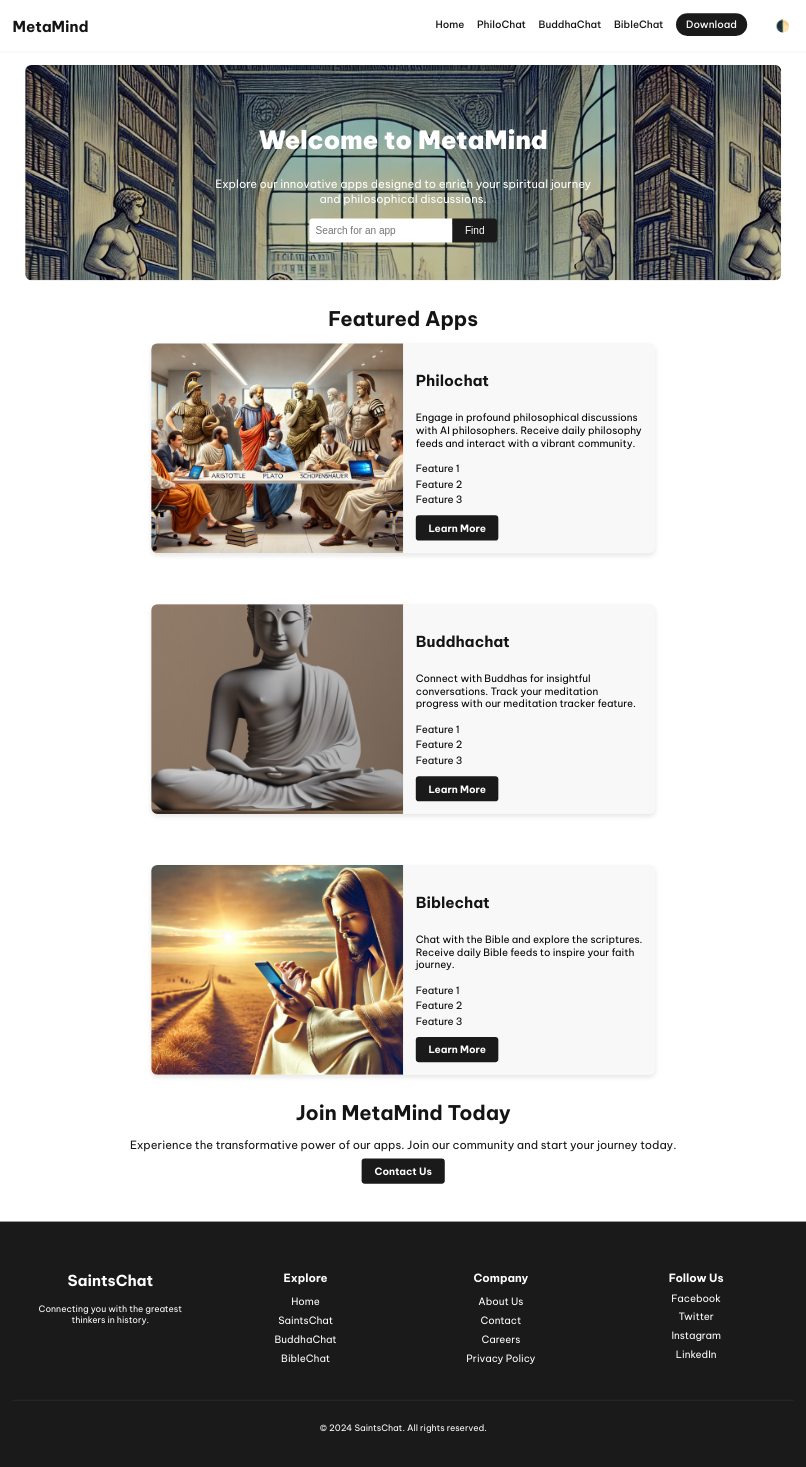
Repository: HSfac/EthosMindWeb
Page: /
The author's editor kept a copy of each file at every save. The page is drawn from the files as they stood at one save, then again after the next save.
The browser window is 1280 px wide. The pictures show the whole page, at 63% of full size.
The project was rebuilt for these pictures with package versions that can differ from the ones it lists, and the page was loaded fresh each time. Also part of the build but not shown: src/pages/SaintsChat.css, src/pages/SaintsChat.jsx, src/pages/BuddhaChat.css, src/pages/BuddhaChat.jsx, src/pages/BibleChat.css, src/pages/BibleChat.jsx, src/pages/Download.css, src/pages/Download.jsx.

Above is the page before, as saved 2024-07-21 20:20:23.

### src/index.css
@import url('https://fonts.googleapis.com/css2?display=swap&family=Be+Vietnam+Pro:wght@400;500;700;900&family=Noto+Sans:wght@400;500;700;900');

body {
  font-family: "Be Vietnam Pro", "Noto Sans", sans-serif;
  margin: 0;
  padding: 0;
  box-sizing: border-box;
}

### src/App.jsx
import React from 'react';
import { BrowserRouter as Router, Route, Routes } from 'react-router-dom';
import Home from './pages/Home.jsx';
import SaintsChat from './pages/SaintsChat.jsx';
import BuddhaChat from './pages/BuddhaChat.jsx';
import BibleChat from './pages/BibleChat.jsx';
import Download from './pages/Download.jsx'; // Download 페이지를 추가합니다.
import Header from './components/Header.jsx';
import Footer from './components/Footer.jsx';

function App() {
  return (
    <Router>
      <Header />
      <Routes>
        <Route path="/" element={<Home />} />
        <Route path="/saintschat" element={<SaintsChat />} />
        <Route path="/buddhachats" element={<BuddhaChat />} />
        <Route path="/biblechats" element={<BibleChat />} />
        <Route path="/download" element={<Download />} /> {/* Download 페이지를 추가합니다. */}
      </Routes>
      <Footer />
    </Router>
  );
}

export default App;

### src/pages/Home.jsx
import React from 'react';
import './Home.css';
import { Link } from 'react-router-dom';
import heroImage from '../assets/images/hero-image.png';
import philochatScreenshot from '../assets/images/ph-image-dl.png';
import buddhachatScreenshot from '../assets/images/buddha-hero-image.png';
import biblechatScreenshot from '../assets/images/jesus-image-dl.png';

function Home() {
  return (
    <main className="home-main">
      {/* Hero Section */}
      <section className="home-hero" style={{ backgroundImage: `url(${heroImage})` }}>
        <div className="home-hero-content">
          <h1 className="home-hero-title">Welcome to MetaMind</h1>
          <p className="home-hero-description">Explore our innovative apps designed to enrich your spiritual journey and philosophical discussions.</p>
          <div className="home-hero-search">
            <input type="text" placeholder="Search for an app" />
            <button>Find</button>
          </div>
        </div>
      </section>

      {/* App Introduction Section */}
      <section id="home-app-introduction" className="home-app-introduction">
        <h2 className="home-section-title">Featured Apps</h2>
        <div className="home-app-cards">
          <div className="home-app-card">
            <div className="home-app-image-container">
              <img src={philochatScreenshot} alt="Philochat App Screenshot" className="home-app-image" />
            </div>
            <div className="home-app-info">
              <h3 className="home-app-title">Philochat</h3>
              <p className="home-app-description">Engage in profound philosophical discussions with AI philosophers. Receive daily philosophy feeds and interact with a vibrant community.</p>
              <ul className="home-app-features">
                <li>Feature 1</li>
                <li>Feature 2</li>
                <li>Feature 3</li>
              </ul>
              <Link to="/saintschat" className="home-learn-more-button" onClick={() => window.scrollTo(0, 0)}>Learn More</Link>
            </div>
          </div>
          <hr className="home-divider" />

          <div className="home-app-card">
            <div className="home-app-image-container">
              <img src={buddhachatScreenshot} alt="Buddhachat App Screenshot" className="home-app-image" />
            </div>
            <div className="home-app-info">
              <h3 className="home-app-title">Buddhachat</h3>
              <p className="home-app-description">Connect with Buddhas for insightful conversations. Track your meditation progress with our meditation tracker feature.</p>
              <ul className="home-app-features">
                <li>Feature 1</li>
                <li>Feature 2</li>
                <li>Feature 3</li>
              </ul>
              <Link to="/buddhachats" className="home-learn-more-button" onClick={() => window.scrollTo(0, 0)}>Learn More</Link>
            </div>
          </div>
          <hr className="home-divider" />

          <div className="home-app-card">
            <div className="home-app-image-container">
              <img src={biblechatScreenshot} alt="Biblechat App Screenshot" className="home-app-image" />
            </div>
            <div className="home-app-info">
              <h3 className="home-app-title">Biblechat</h3>
              <p className="home-app-description">Chat with the Bible and explore the scriptures. Receive daily Bible feeds to inspire your faith journey.</p>
              <ul className="home-app-features">
                <li>Feature 1</li>
                <li>Feature 2</li>
                <li>Feature 3</li>
              </ul>
              <Link to="/biblechats" className="home-learn-more-button" onClick={() => window.scrollTo(0, 0)}>Learn More</Link>
            </div>
          </div>
        </div>
      </section>

      {/* Call to Action Section */}
      <section className="home-cta-section">
        <h2 className="home-cta-title">Join MetaMind Today</h2>
        <p className="home-cta-description">Experience the transformative power of our apps. Join our community and start your journey today.</p>
        <div className="home-cta-buttons">
          <Link to="/contact" className="home-cta-button">Contact Us</Link>
        </div>
      </section>
    </main>
  );
}

export default Home;

### src/components/Header.jsx
import React from 'react';
import { Link } from 'react-router-dom';
import './Header.css';

function Header() {
  return (
    <header className="header">
      <h1 className="header-title">MetaMind</h1>
      <nav className="nav">
        <ul className="nav-list">
          <li className="nav-item"><Link to="/">Home</Link></li>
          <li className="nav-item"><Link to="/saintschat">PhiloChat</Link></li>
          <li className="nav-item"><Link to="/buddhachats">BuddhaChat</Link></li>
          <li className="nav-item"><Link to="/biblechats">BibleChat</Link></li>
          <li className="nav-item header-download-button"><Link to="/download">Download</Link></li>
          <li className="nav-item"><button className="toggle-button" onClick={() => document.body.classList.toggle('dark-mode')}>🌓</button></li>
        </ul>
      </nav>
    </header>
  );
}

export default Header;

### src/components/Footer.jsx
import React from 'react';
import { Link } from 'react-router-dom';
import './Footer.css';

function Footer() {
  return (
    <footer className="footer">
      <div className="footer-content">
        <div className="footer-section">
          <h2 className="footer-title">SaintsChat</h2>
          <p className="footer-description">Connecting you with the greatest thinkers in history.</p>
        </div>
        <div className="footer-section">
          <h3 className="footer-subtitle">Explore</h3>
          <ul className="footer-links">
            <li><Link to="/">Home</Link></li>
            <li><Link to="/saintschat">SaintsChat</Link></li>
            <li><Link to="/buddhachats">BuddhaChat</Link></li>
            <li><Link to="/biblechats">BibleChat</Link></li>
          </ul>
        </div>
        <div className="footer-section">
          <h3 className="footer-subtitle">Company</h3>
          <ul className="footer-links">
            <li><Link to="/about">About Us</Link></li>
            <li><Link to="/contact">Contact</Link></li>
            <li><Link to="/careers">Careers</Link></li>
            <li><Link to="/privacy">Privacy Policy</Link></li>
          </ul>
        </div>
        <div className="footer-section">
          <h3 className="footer-subtitle">Follow Us</h3>
          <div className="footer-social">
            <a href="https://facebook.com" target="_blank" rel="noopener noreferrer">Facebook</a>
            <a href="https://twitter.com" target="_blank" rel="noopener noreferrer">Twitter</a>
            <a href="https://instagram.com" target="_blank" rel="noopener noreferrer">Instagram</a>
            <a href="https://linkedin.com" target="_blank" rel="noopener noreferrer">LinkedIn</a>
          </div>
        </div>
      </div>
      <div className="footer-bottom">
        <p>&copy; 2024 SaintsChat. All rights reserved.</p>
      </div>
    </footer>
  );
}

export default Footer;

### src/pages/Home.css
:root {
  --background-color: #ffffff;
  --text-color: #000000;
  --button-background-color: #1a1a1a;
  --button-text-color: #ffffff;
  --card-background-color: #f8f8f8;
  --card-shadow-color: rgba(0, 0, 0, 0.1);
  --divider-color: rgba(0, 0, 0, 0.2);
}

@media (prefers-color-scheme: dark) {
  :root {
    --background-color: #181818;
    --text-color: #f8f8f8;
    --button-background-color: #f8f8f8;
    --button-text-color: #181818;
    --card-background-color: #282828;
    --card-shadow-color: rgba(255, 255, 255, 0.1);
    --divider-color: rgba(255, 255, 255, 0.2);
  }
}

body {
  background-color: var(--background-color);
  color: var(--text-color);
}

.home-main {
  padding: 20px 40px;
}

.home-hero {
  background: linear-gradient(rgba(0, 0, 0, 0.1) 0%, rgba(0, 0, 0, 0.4) 100%), center/cover no-repeat;
  color: white;
  text-align: center;
  padding: 60px 20px;
  border-radius: 10px;
  margin-bottom: 40px;
}

.home-hero-content {
  max-width: 600px;
  margin: 0 auto;
}

.home-hero-title {
  font-size: 40px;
  font-weight: 900;
}

.home-hero-description {
  font-size: 18px;
  margin: 10px 0;
}

.home-hero-search {
  display: flex;
  justify-content: center;
  margin-top: 20px;
}

.home-hero-search input {
  padding: 10px;
  font-size: 16px;
  border: none;
  border-radius: 5px 0 0 5px;
  outline: none;
}

.home-hero-search button {
  padding: 10px 20px;
  font-size: 16px;
  border: none;
  background-color: var(--button-background-color);
  color: var(--button-text-color);
  border-radius: 0 5px 5px 0;
  cursor: pointer;
}

.home-app-introduction {
  margin: 40px 0;
}

.home-section-title {
  font-size: 32px;
  font-weight: bold;
  text-align: center;
  margin-bottom: 20px;
}

.home-app-cards {
  display: flex;
  flex-direction: column;
  align-items: center;
  gap: 20px;
}

.home-app-card {
  display: flex;
  background-color: var(--card-background-color);
  border-radius: 10px;
  box-shadow: 0 4px 8px var(--card-shadow-color);
  max-width: 800px;
  width: 100%;
  overflow: hidden;
}

.home-app-image-container {
  flex: 1;
  min-width: 50%;
}

.home-app-image {
  width: 100%;
  height: 100%;
  object-fit: cover;
}

.home-app-info {
  flex: 1;
  padding: 20px;
  display: flex;
  flex-direction: column;
  justify-content: center;
  border-radius: 0 10px 10px 0; /* 라운딩 처리 추가 */
  background-color: var(--card-background-color);
}

.home-app-title {
  font-size: 24px;
  font-weight: bold;
  color: var(--text-color);
}

.home-app-description {
  font-size: 16px;
  margin: 10px 0;
  color: #000000; /* 검정색으로 설정 */
}

.home-app-features {
  list-style: none;
  padding: 0;
  margin: 10px 0;
  color: #000000; /* 검정색으로 설정 */
}

.home-app-features li {
  font-size: 16px;
  margin-bottom: 5px;
}

.home-learn-more-button {
  background-color: var(--button-background-color);
  color: var(--button-text-color);
  padding: 10px 20px;
  border: none;
  border-radius: 5px;
  cursor: pointer;
  font-size: 16px;
  font-weight: bold;
  text-decoration: none;
  align-self: flex-start;
}

.home-divider {
  border: 0;
  height: 1px;
  margin: 20px 0;
  background-color: var(--divider-color);
}

.home-cta-section {
  margin: 40px 0;
  text-align: center;
}

.home-cta-title {
  font-size: 32px;
  font-weight: bold;
  margin-bottom: 20px;
  color: var(--text-color);
}

.home-cta-description {
  font-size: 18px;
  margin: 10px 0;
  color: var(--text-color);
}

.home-cta-buttons {
  display: flex;
  justify-content: center;
  gap: 10px;
}

.home-cta-button {
  background-color: var(--button-background-color);
  color: var(--button-text-color);
  padding: 10px 20px;
  border: none;
  border-radius: 5px;
  cursor: pointer;
  font-size: 16px;
  font-weight: bold;
  text-decoration: none;
}

### src/components/Header.css
.header {
  display: flex;
  justify-content: space-between;
  align-items: center;
  padding: 10px 20px;
  border-bottom: 1px solid #ededed;
}

.header-title {
  font-size: 24px;
  font-weight: bold;
}

.nav {
  display: flex;
}

.nav-list {
  display: flex;
  list-style: none;
  margin: 0;
  padding: 0;
}

.nav-item {
  margin-left: 20px;
}

.nav-item a {
  text-decoration: none;
  color: var(--text-color);
  font-weight: 500;
}

.header-download-button a {
  padding: 8px 16px;
  border-radius: 20px;
  background-color: #1a1a1a;
  color: white;
}

.toggle-button {
  background: none;
  border: none;
  font-size: 18px;
  cursor: pointer;
  margin-left: 20px;
}

:root {
  --bg-color: white;
  --text-color: #141414;
}

.dark-mode {
  --bg-color: #141414;
  --text-color: white;
}

body {
  background-color: var(--bg-color);
  color: var(--text-color);
  transition: background-color 0.3s, color 0.3s;
}

### src/components/Footer.css
.footer {
  background-color: #1a1a1a;
  color: white;
  padding: 40px 20px;
  text-align: center;
}

.footer-content {
  display: flex;
  flex-wrap: wrap;
  justify-content: space-around;
  margin-bottom: 20px;
}

.footer-section {
  flex: 1;
  min-width: 200px;
  margin: 20px;
}

.footer-title {
  font-size: 24px;
  font-weight: bold;
}

.footer-description {
  font-size: 14px;
}

.footer-subtitle {
  font-size: 18px;
  font-weight: bold;
  margin-bottom: 10px;
}

.footer-links {
  list-style: none;
  padding: 0;
}

.footer-links li {
  margin-bottom: 10px;
}

.footer-links a {
  text-decoration: none;
  color: white;
}

.footer-social a {
  display: block;
  margin-bottom: 10px;
  text-decoration: none;
  color: white;
}

.footer-bottom {
  border-top: 1px solid #333;
  padding-top: 20px;
  font-size: 14px;
}

Loaded but not shown: public/index.html (common file); src/index.js (common file)

After the next save:
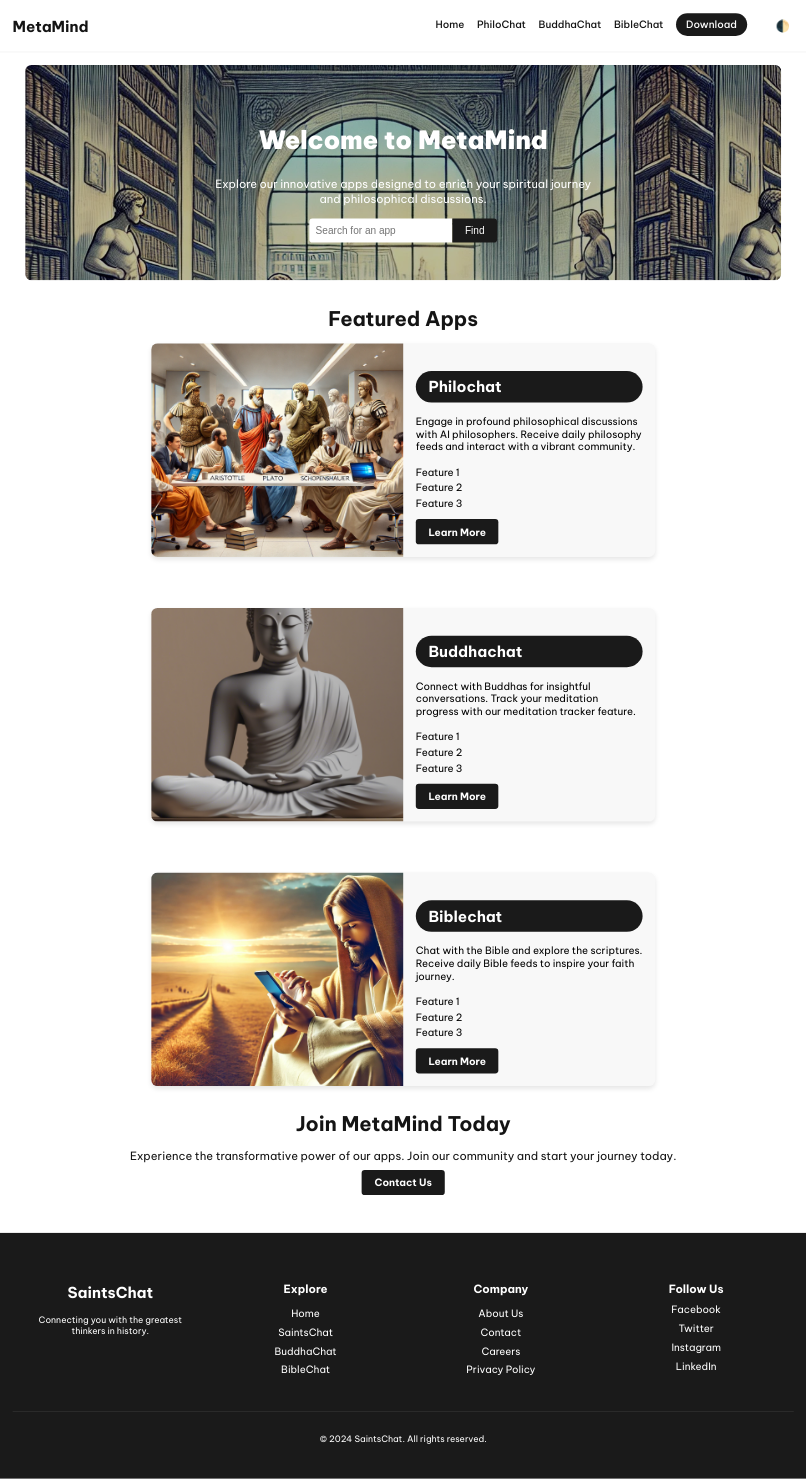
Saved 2 min 18 s later.
--- a/src/pages/Home.css
+++ b/src/pages/Home.css
@@ -122,14 +122,18 @@ body {
   display: flex;
   flex-direction: column;
   justify-content: center;
-  border-radius: 0 10px 10px 0; /* 라운딩 처리 추가 */
-  background-color: var(--card-background-color);
 }
 
 .home-app-title {
   font-size: 24px;
   font-weight: bold;
   color: var(--text-color);
+  background-color: var(--button-background-color);
+  color: var(--button-text-color);
+  padding: 10px 20px;
+  border-radius: 50px; /* 라운딩 처리 */
+  display: inline-block;
+  margin-bottom: 10px;
 }
 
 .home-app-description {
